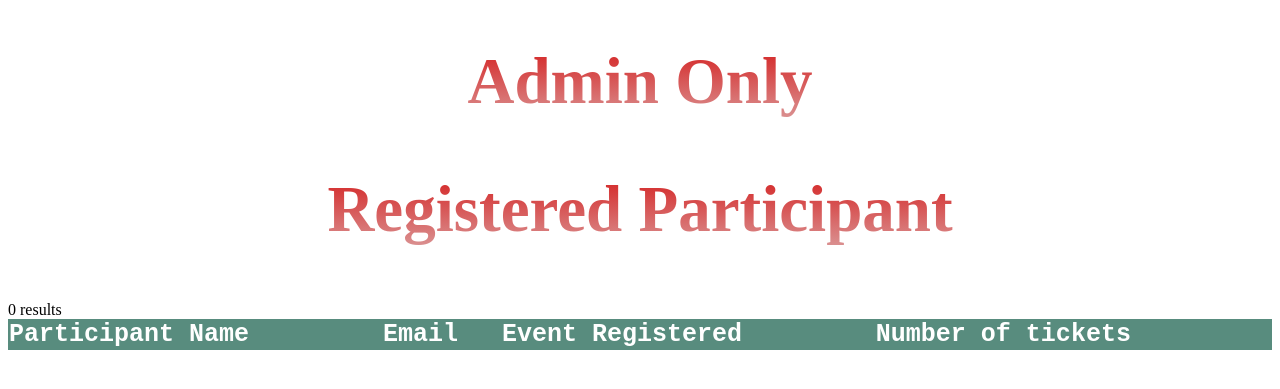
Repository: farhan-helmy/web_prog_project_dulu2
Page: http://localhost/view.php
These files come from the project's save history. The page is drawn as it stood at one moment and after the next save; the edit follows.
The browser window is 1280 px wide. The pictures show the whole page.
The page is run by PHP 8.4 with error messages shown; the project is at /var/www/html/. Queries for data that is not in the repository find no rows.

Above is the page before, as saved 2020-05-12 07:24:49.

### view.php
<!DOCTYPE html>
<html>
<head>
<title>Table with database</title>
<style>
table {
border-collapse: collapse;
width: 100%;
color: #588c7e;
font-family: monospace;
font-size: 25px;
text-align: left;
}
th {
background-color: #588c7e;
color: white;
}
tr:nth-child(even) {background-color: #f2f2f2}
h2,h1 {

      font-size: 65px;
      background: -webkit-linear-gradient(rgb(212, 30, 30), rgb(218, 146, 146));
      -webkit-background-clip: text;
      -webkit-text-fill-color: transparent;
    }
</style>
</head>
<body>
<h1 style="text-align: center;">Admin Only</h1>
<h2 style="text-align: center;">Registered Participant</h2>
<table>
<tr>
<th>Participant Name</th>
<th>Email</th>
<th>Event Registered</th>
<th>Number of tickets</th>
</tr>
<?php
$conn = mysqli_connect("localhost", "root", "", "webproject");
// Check connection
if ($conn->connect_error) {
die("Connection failed: " . $conn->connect_error);
}
$sql = "SELECT name, email, eventname, tickets FROM registration";
$result = $conn->query($sql);
if ($result->num_rows > 0) {
// output data of each row
while($row = $result->fetch_assoc()) {
echo "<tr><td>" . $row["name"]. "</td><td>" . $row["email"] . "</td><td>" . $row["eventname"] . "</td><td>"
. $row["tickets"]. "</td></tr>";
}
echo "</table>";
} else { echo "0 results"; }
$conn->close();
?>
</table>
</body>
</html>

After the next save:
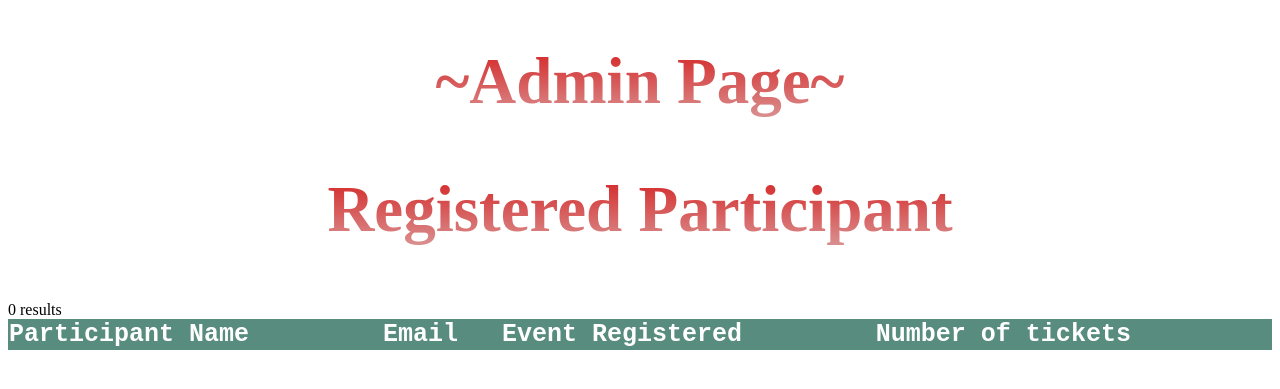
Saved 14 s later.
--- a/view.php
+++ b/view.php
@@ -26,7 +26,7 @@
 </style>
 </head>
 <body>
-<h1 style="text-align: center;">Admin Only</h1>
+<h1 style="text-align: center;">~Admin Page~</h1>
 <h2 style="text-align: center;">Registered Participant</h2>
 <table>
 <tr>
